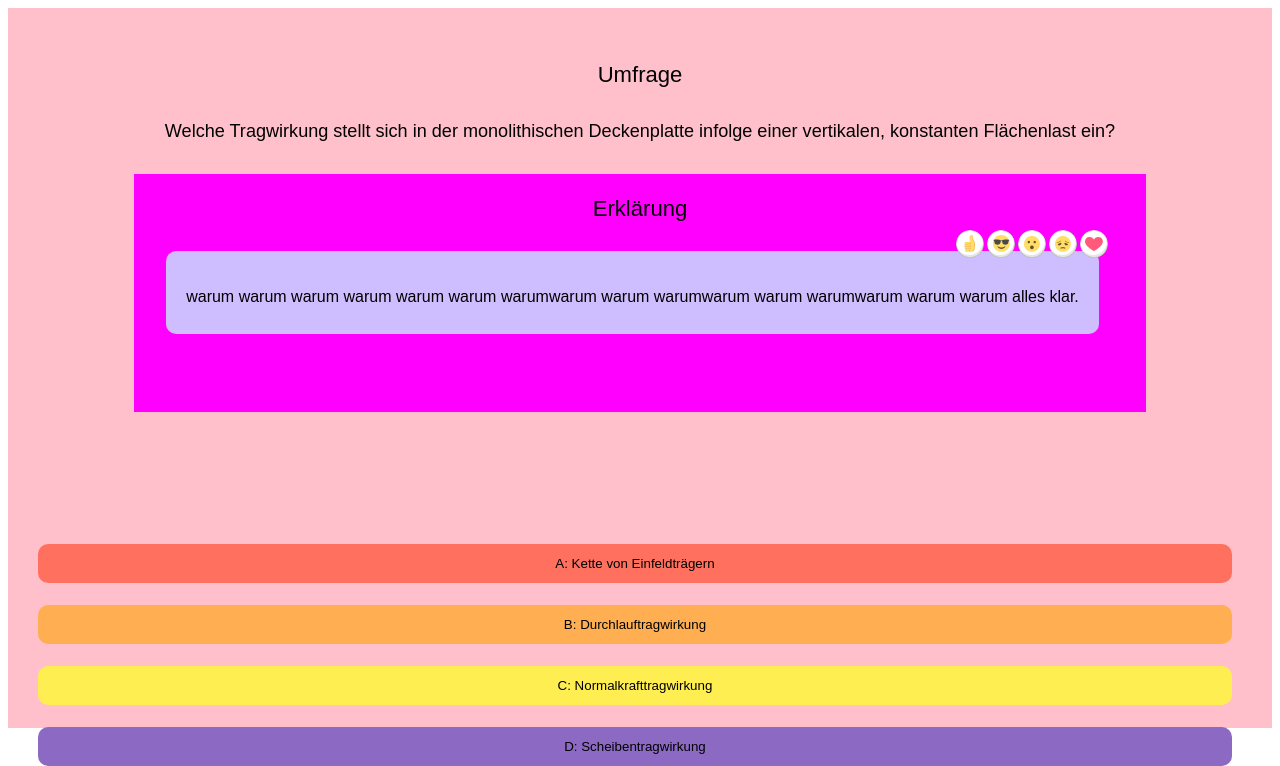
Repository: HyunraDate/Quinlan
Page: /Erklaerung
The author's editor kept a copy of each file at every save. The page is drawn from the files as they stood at one save, then again after the next save.
The browser window is 1280 px wide. The pictures show the whole page.
The project was rebuilt for these pictures with package versions that can differ from the ones it lists, and the page was loaded fresh each time. Also part of the build but not shown: vite.config.js, src/views/Ergebnis1.vue, src/views/Ergebnis2.vue.

Above is the page before, as saved 2023-07-25 15:08:20.

### index.html
<!DOCTYPE html>
<html lang="en">
  <head>
    <meta charset="UTF-8" />
    <link rel="icon" type="image/svg+xml" href="/vite.svg" />
    <meta name="viewport" content="width=device-width, initial-scale=1.0" />
    <title>Vite + Vue</title>
  </head>
  <body>
    <div id="app"></div>
    <script type="module" src="/src/main.js"></script>
    <script
    src="https://cdnjs.cloudflare.com/ajax/libs/echarts/5.4.1/echarts.min.js"
    integrity="sha512-OTbGFYPLe3jhy4bUwbB8nls0TFgz10kn0TLkmyA+l3FyivDs31zsXCjOis7YGDtE2Jsy0+fzW+3/OVoPVujPmQ=="
    crossorigin="anonymous"
    referrerpolicy="no-referrer">
    </script>

  </body>
</html>

### src/main.js
import { createApp } from 'vue'
// import './style.css'
import './utils/rem'
import App from './views/FragePage.vue'
import router from './router'
import * as echarts from 'echarts/core'

const app=createApp(App)//用const = 去挂载
app.use(router) //要先use哦
app.provide("ec", echarts);

// app.config.globalProperties.$axios = axios.create({
//     baseURL: 'http://localhost:8000', // 设置axios的基本URL
//     headers: {
//     // 设置axios请求的头部信息
//     }
// });

//createApp(app).mount('#app')
app.mount('#app')

### src/utils/rem.js
//rem等比适配配置文件
// 基准大小
const baseSize = 16
// 设置 rem 函数
function setRem () {
        // 当前页面宽度相对于 1920宽的缩放比例，可根据自己需要修改。
    const scale = document.documentElement.clientWidth / 1920
    // 设置页面根节点字体大小（“Math.min(scale, 2)” 指最高放大比例为2，可根据实际业务需求调整）
    document.documentElement.style.fontSize = baseSize * Math.min(scale, 2) + 'px'
    // 初始化
    setRem()
    // 改变窗口大小时重新设置
    rem.window.onresize = function () { setRem() }
}

### src/views/FragePage.vue
<!-- <template>
    <div>
    <div class="flex-col page">
        <div class="flex-col items-center">
          span class="font_1">Umfrage</span>
      <br/>

      <body onload="run()">
        wird in <span id="spanId" style="color:#FE9637">60</span>Sekunden springen!
      </body>
    </div>
</template> -->
<script>
// import { useStore } from '@store/index'
// //先引入useRouter
// import { useRouter } from 'vue-router'

// export default {
//   const store = useStore()
//   const router = useRouter()
//   //通过定义一个方法，使用Router进行跳转
//   const test =()=>
//   router.push()
// }

// import { useRouter , useRoute } from 'vue-router'

// setup(){
//     const $router=useRouter()
//     const $route=useRoute()

//     // 对象 $router.push()可以向history对象添加新记录
//     $router.push({ path: 'Ergebnis1' })
// }


// return {
//   store,
//   //这里暴露test方法
//   test
// }
// 页面一加载完成，该方法就会执行
// 读秒，一秒钟数字改变一次

// export default { 唔可以系setup度用
//   methods: {
//     scrollTo(target) {
//       const element = this.$refs[target];
//       element.scrollIntoView({ behavior: 'smooth' });
//     }
//   }
// }

var x = 60;
var select = "Step3.html";

function run(){
  // 获取到的是span标签的对象
  var span = document.getElementById("spanId");
  // 获取span标签中间的文本
  span.innerHTML = x;
  x--;
  // 再让run方法执行呢，一秒钟执行一次
  if(x < 0)window.location = select;
  else window.setTimeout("run()", 1000);

};

function test(click){
  select = click;
}

export default {
  data() {
    return {
      isDisabled: false,
      showButton: true,
    };
  },
  //Falls du die Btns nicht zeigen möchtest
  // beforeRouteEnter(to, from, next) {
  //   next(vm => {
  //     vm.showButton = false
  //   })
  // },
  // mounted() {
  //   // 在页面加载时显示按钮
  //   this.showButton = true;
  // },
  // beforeDestroy() {
  //   // 在页面销毁之前隐藏按钮
  //   this.showButton = false;
  // },

  methods:{
    option1:function(){
      console.log(this.$router);
      // this.$router.plus('/') 这里跳转不了欸
      //this.$router.push({path:"/"}) //传入对象 但也跳转不了欸 push!唔系plus啊死蠢！
      //this.showButton = false;

      //带参数
      this.$router.push({path:'/Ergebnis1'}) //成功跳转了！！okok!!
      //this.$router.push({name:"almond",params:{id:Chocolat}}) //传参 这里传不到欸 // 试一下传right
      },

      option2:function(){
        console.log(this.$router);
        //this.showButton = false; //hier zeigt die Button nicht mehr, wie du möchtest

        //带参数
        this.$router.push({path:'/Ergebnis2'}) //成功跳转了！！okok!!
        //如果要动态传参

        //this.$router.push({name:"Ergebnis2",params:{id:A}}) //传参 这里传不到欸 // 试一下传worong
      },

      onClick() {
        // 在点击事件监听器中禁用按钮
        this.isDisabled = true;
        // 在每个按钮上使用 v-bind:disabled 指令，将其值绑定为 isDisabled，
        //当 isDisabled 为 true 时，按钮将被禁用。
        console.log("Button clicked")
      },
  },


}
</script>

<template>
<body >
<div>
  <!-- <div class="flex-col page"> </div>  太占位啦！-->
    <div class="flex flex-col items-center">
    <br/><br/><br/>
    <span class="font_1">Umfrage</span>
    <!--style="{
      margin: 0;
      font-size: 1.38rem;
      font-family: Inter;
      line-height: 1.63rem;
      color: #000000;
      font-family: 'Work Sans', sans-serif;
      text-align: center;
      }"-->
    <!-- <br/><br/> -->
    <span class="text">
    Welche Tragwirkung stellt sich in der monolithischen Deckenplatte infolge einer vertikalen, konstanten
    Flächenlast ein?
    </span>
  <router-view/>

<!-- onload="run()" 这里加载不了 这个onload function欸-->
<!-- wird in <span id="spanId" style="color:#FE9637">60</span>Sekunden springen! -->
</div>



<!-- 要页面跳转了
1、 router-link: <router-link to='/testDemo'>
                <button>点击跳转2</button>
                </router-link>

2、 this.$router.push('/a')
3、 get params ->  console.log(this.$route.params.a); -->
<div class="flex-col group space-y-22">

  <!-- <router-link to="Ergebnis2"><button class="flex-col justify-start items-center text-wrapper " type="submit">A: Kette von Einfeldträgern</button></router-link> -->
  <!-- <button class="flex-col justify-start items-center text-wrapper " type="submit" a href="Step3.html">A: Kette von Einfeldträgern</button> -->


  <!-- <router-link to="Ergebnis1"><button class="flex-col justify-start items-center text-wrapper_2 " type="submit">B: Durchlauftragwirkung</button></router-link> -->

  <!-- <router-link to="Ergebnis2"><button class="flex-col justify-start items-center text-wrapper_3" type="button">C: Normalkrafttragwirkung</button>
  </router-link> -->
<button v-on:click="onClick" :disabled="isDisabled" v-if="showButton" id ="A" class="flex-col justify-start items-center text-wrapper " type="submit" @click="option2">A: Kette von Einfeldträgern</button>

<button v-on:click="onClick" :disabled="isDisabled" v-if="showButton" id ="B" class="flex-col justify-start items-center text-wrapper_2" type="button" @click="option1">B: Durchlauftragwirkung</button>

<button v-on:click="onClick" :disabled="isDisabled" v-if="showButton" id ="C" class="flex-col justify-start items-center text-wrapper_3" type="button" @click="option2">C: Normalkrafttragwirkung</button>

<button v-on:click="onClick" :disabled="isDisabled" v-if="showButton" id ="D" class="flex-col justify-start items-center text-wrapper_4" type="button" @click="option2">D: Scheibentragwirkung</button>
</div>
</div>

</body>
</template>

<style scoped>
@import url("../css/halloween.css"); /*src = . */
/* .font_1{ /* didnt work
  position: center;
  } */

/*
使用深度选择器来写使样式生效。
有两种写法：

.a >>> .b {}
.a /deep/ .b
当你子组件使用了 scoped 但在父组件又想修改子组件的样式可以 通过 >>> 来实现：

<style scoped>
.a >>> .b { /* ...


将会编译成
.a[data-v-f3f3eg9] .b {
  /* ... */

</style>

### src/router/index.js
import {
    createRouter,
    createWebHashHistory,
    createWebHistory
  } from 'vue-router'

  // 1. 定义路由组件.
  // 也可以从其他文件导入

  // import Home from '../views/Home.vue'
  // import App from './App.vue' 原App好像不需要引入？
  import FragePage from '../views/FragePage.vue'
  import Ergebnis1 from '../views/Ergebnis1.vue' //1=true
  import Ergebnis2 from '../views/Ergebnis2.vue' //2=falsh
  import Erklaerung  from '../views/Erklaerung.vue'

  //import Step3 from '../views/Step3.html'


  //路由懒加载，用到时再加载（咪时好大，load又耐）
  // const About=()=>import('../views/About.vue') //然后Home放在下面path component后面就行啦
  //我加载不到惹

  // 2. 定义一些路由
  // 每个路由都需要映射到一个组件。
  // 我们后面再讨论嵌套路由。(hier写路由表)
  const routes = [

    /*{
      path:"/.id",
      redirect:(to)=>{
        console.log(to);
        return{path:"/.home"}
      } //都跳转不了欸 No match found for location with path "/home"
    },
    */

    /*{
      path: '/about',
      redirect: (to)=> {
        return {
          path: '/'
        }
      }
    },*/

    // { //这个Home的Hey已经能加载出来了欸
    //   path: '/',
    //   name:"home",
    //   component: Home
    // },

    {
        path: '/FragePage',
        component: FragePage
    },



  //   { path: '/about',
  //   component: About },

  //   { path: '/OptionA/:id', //路径参数 用冒号 : 表示。当一个路由被匹配时，它的 params 的值将在每个组件中以 this.$route.params 的形式暴露出来。
  //   component: OptionA },

    {
      path: "/Ergebnis1", //Ergebnis也成功挂载到了！
      component: Ergebnis1
    },
    {
      path: "/Ergebnis2", //Ergebnis也成功挂载到了！
      component: Ergebnis2
    },


    //Set动态路由 因为选项ABCD

    //     path: "/Sweet/:id*", //this is 动态参数啦 d.h 动态路由啦， i dont care what id u r ~
    //     //参数可有可无，但参数不能重复叠加
    //     //path:"/sweet/id?",
    //     component: Sweet
    //   },
    // {
    //   path: "/Step3", //这里要双引号哦
    //   component: Step3
    // },

    {
      path: "/Erklaerung", //这里要双引号哦
      component: Erklaerung
    },

    //   {
    //     path: "/Piggie",
    //     alias: ['/Airi','/Kazeo'], //你嘅nickname, two or more就用数组, 直接系导航栏输入path就得啦
    //     component: Piggie //为什么Piggie的子页面跳转不出来？而是home ->重新打Piggie的内容刷新就得啦！
    //   },

    //   {
    //     name: "almond", //路由名就叫sweet
    //     path: "/Sweet/:id*", //this is 动态参数啦 d.h 动态路由啦， i dont care what id u r ~
    //     //参数可有可无，但参数不能重复叠加
    //     //path:"/sweet/id?",
    //     component: Sweet
    //   },

    //   {
    //     //动态路由 参数一定是数字
    //     path: "/alcohol/:id",
    //     component: Alcohol,
    //     props:true
    //   },
  ]

  // 3. 创建路由实例并传递 `routes` 配置
  // 你可以在这里输入更多的配置，但我们在这里
  // 暂时保持简单
  const router = createRouter({
    // 4. 内部提供了 history 模式的实现。为了简单起见，我们在这里使用 hash 模式。 (Hash有#)
    //**hash不会向服务器发送请求！ */
    //history: createWebHashHistory(),

    //为了漂亮就用History模式，这样路径里就没有#号啦
    history: createWebHistory(),
    routes, // `routes: routes` 的缩写
  })

  //This is 全局守卫 （全球守卫）
  router.beforeEach((to, form, next) => {
    console.log(to);
    console.log(form);
    next()//like通行证
  })


  export default router

### src/css/halloween.css
/* 语法 @media mediaType and|not|only (media feature) {
  /*CSS-Code;*/
  /* 3、css中的vh和vm
  vh和vm是相对视口区域的宽高，即浏览器可视区域

  vw：1vw等于视口宽度的1%。
  vh：1vh等于视口高度的1%。

  使用场景：页面头部和尾部固定，中间内容若高度超出，则出现滚动条，但是整个页面不出现滚动条，
  在此情况下就要计算中间内容的高度，可以使用vh解决 */

  /* :root { why didnt work??
  font-family: 'Work Sans', sans-serif;
  line-height: 1.5;
  font-weight: 400;

  color-scheme: light dark;
  color: rgba(255, 255, 255, 0.87);
  background-color: #242424;

  font-synthesis: none;
  text-rendering: optimizeLegibility;
  -webkit-font-smoothing: antialiased;
  -moz-osx-font-smoothing: grayscale;
  -webkit-text-size-adjust: 100%;
  } */

  /* // 最大宽度为1280 （width-max: 1280）*/
@media (width: 100vw) {
  html {
    font-size: 1.88rem;
    font-weight: 500;
    font-family: 'Work Sans', sans-serif;
  }

  body {
    background: pink;
    height:100vh;
    margin: 0;
    -webkit-font-smoothing: antialiased;
    -moz-osx-font-smoothing: grayscale;

  }

  body * {
    box-sizing: border-box;
    flex-shrink: 0;
  }

  button {
    border-width: 0px;
    border-radius: 0.63rem;
  }
  button:hover{
    border:2px solid #FE9637;
    box-shadow:rgba(251, 161, 72, 0.66) 0 0 5px;
    transition:all .2s;
  }
  .flex-row {
    display: flex;
    flex-direction: row;
  }

  .flex-col {
    display: flex;
    flex-direction: column;
  }

  .justify-start {
    justify-content: flex-start;
  }

  .justify-end {
    justify-content: flex-end;
  }

  .justify-center {
    justify-content: center;
  }

  .justify-between {
    justify-content: space-between;
  }

  .justify-around {
    justify-content: space-around;
  }

  .justify-evenly {
    justify-content: space-evenly;
  }

  .items-start {
    align-items: flex-start;
  }

  .items-end {
    align-items: flex-end;
  }

  .items-center {
    align-items: center;
  }

  .items-baseline {
    align-items: baseline;
  }

  .items-stretch {
    align-items: stretch;
  }

  .self-start {
    align-self: flex-start;
  }

  .self-end {
    align-self: flex-end;
  }

  .self-center {
    align-self: center;
  }

  .self-baseline {
    align-self: baseline;
  }

  .self-stretch {
    align-self: stretch;
  }

  .flex-1 {
    flex: 1 1 0%;
  }

  .flex-auto {
    flex: 1 1 auto;
  }

  .grow {
    flex-grow: 1;
  }

  .grow-0 {
    flex-grow: 0;
  }

  .shrink {
    flex-shrink: 1;
  }

  .shrink-0 {
    flex-shrink: 0;
  }

  .relative {
    position: relative;
  }

  .font_1 {
    font-size: 1.38rem;
    font-family: Inter;
    line-height: 1.63rem;
    color: #000000;
    font-family: 'Work Sans', sans-serif;
    text-align: center;
  }

  .text {
    margin: 2rem;
    color: #000000;
    font-size: 1.13rem;
    font-family: Inter;
    line-height: 1.38rem;
    text-align: center;
    font-family: 'Work Sans', sans-serif;
  }
  /* .group {
    margin-top: 2rem;
    padding: 0 1.88rem;
  } */
  /* .space-y-22 > *:not(:first-child) {
    margin-top: 1.38rem;
  } */
  .text-wrapper {
    margin-right: 0.63rem;
    padding: 0.75rem 0;
    background-color: #FF715E;
  }
  .font_2 {
    font-size: 1rem;
    font-family: Inter;
    line-height: 0.97rem;
    color: #000000;
    font-family: 'Work Sans', sans-serif;
  }
  .text-wrapper_2 {
    margin-right: 0.63rem;
    padding: 0.75rem 0;
    background-color: #ffaf51;
    outline: none;
  }
  .text-wrapper_3 {
    margin-right: 0.63rem;
    padding: 0.75rem 0;
    background-color: #FFEE51;
  }
  .text-wrapper_4 {
    margin-right: 0.63rem;
    padding: 0.75rem 0;
    background-color: #8C6AC4;
  }
}

.group {
  margin-top: 8.25rem;
  padding: 0 1.88rem;
}
.space-y-22 > *:not(:first-child) {
  margin-top: 1.38rem;
}
.text-wrapper {
  margin-right: 0.63rem;
  padding: 0.75rem 0;
  background-color: #FF715E;
}
.font_2 {
  font-size: 1rem;
  font-family: Inter;
  line-height: 0.97rem;
  color: #000000;
  font-family: 'Work Sans', sans-serif;
}
.text-wrapper_2 {
  margin-right: 0.63rem;
  padding: 0.75rem 0;
  background-color: #ffaf51;
  outline: none;
}
.text-wrapper_3 {
  margin-right: 0.63rem;
  padding: 0.75rem 0;
  background-color: #FFEE51;
}
.text-wrapper_4 {
  margin-right: 0.63rem;
  padding: 0.75rem 0;
  background-color: #8C6AC4;
}

### src/views/Erklaerung.vue
<template>
    <html lang="en">
  <!-- <head>
    <meta charset="UTF-8" />
    <meta http-equiv="X-UA-Compatible" content="IE=edge" />
    <meta name="viewport" content="width=device-width, initial-scale=1.0" />
    <title>codefun</title>
    <link rel="stylesheet" href="./Step4.css" />
    <script type="text/javascript" src="./Step4.js"></script>
  </head> -->
  <body>
    <div class="flex-col page space-y-10">
      <span class="self-center text">Erklärung</span>
      <div class="flex-col justify-start relative group">
        <div class="flex-col justify-start items-start text-wrapper">
          <span class="text_2">
            warum warum warum warum warum warum warumwarum warum warumwarum warum warumwarum warum warum alles klar.
          </span>
        </div>
        <img
          class="image pos_3"
          src="../images/surprise.png"
        />
        <img
          class="image pos_2"
          src="../images/cool.png"
        />
        <img
          class="image pos"
          src="../images/like.png"
        />
        <img
          class="image pos_5"
          src="../images/heart.png"
        />
        <img
          class="image pos_4"
          src="../images/sad.png"
        />
      </div>
      <!--<img
        class="self-end image_2"
        src="https://codefun-proj-user-res-1256085488.cos.ap-guangzhou.myqcloud.com/63986c125a7e3f0310fdabbc/63986c59717ee30011312a06/16709407860648366536.png"
      /> -->
    </div>
  </body>
</html>
</template>

<style scoped>
@import url("../css/Step4.css");
</style>

### src/css/Step4.css
html {
    font-size: 16px;
  }

  body {
    margin: 0;
    font-family: 'Work Sans', sans-serif;
    -webkit-font-smoothing: antialiased;
    -moz-osx-font-smoothing: grayscale;
    width: 100vw;
    height: 100vh;
  }

  body * {
    box-sizing: border-box;
    flex-shrink: 0;
  }

  /* .flex-row {
    display: flex;
    flex-direction: row;
  } */

  .flex-col {
    display: flex;
    flex-direction: column;
  }

  .justify-start {
    justify-content: flex-start;
  }

  .justify-end {
    justify-content: flex-end;
  }

  .justify-center {
    justify-content: center;
  }

  .justify-between {
    justify-content: space-between;
  }

  .justify-around {
    justify-content: space-around;
  }

  .justify-evenly {
    justify-content: space-evenly;
  }

  .items-start {
    align-items: flex-start;
  }

  .items-end {
    align-items: flex-end;
  }

  .items-center {
    align-items: center;
  }

  .items-baseline {
    align-items: baseline;
  }

  .items-stretch {
    align-items: stretch;
  }

  .self-start {
    align-self: flex-start;
  }

  .self-end {
    align-self: flex-end;
  }

  .self-center {
    align-self: center;
  }

  .self-baseline {
    align-self: baseline;
  }

  .self-stretch {
    align-self: stretch;
  }

  .flex-1 {
    flex: 1 1 0%;
  }

  .flex-auto {
    flex: 1 1 auto;
  }

  .grow {
    flex-grow: 1;
  }

  .grow-0 {
    flex-grow: 0;
  }

  .shrink {
    flex-shrink: 1;
  }

  .shrink-0 {
    flex-shrink: 0;
  }

  .relative {
    position: relative;
  }

  .page {
    padding-top: 1.5rem ;
    padding-bottom: 1.5rem ;
    padding-left: 2rem;
    padding-right: 2rem;
    background-color: #ff00ff;
  }
  .space-y-10 > *:not(:first-child) {
    margin-top: 0.63rem;
  }
  .text {
    color: #000000;
    font-size: 1.38rem;
    font-family: Inter;
    line-height: 1.34rem;
    font-family: 'Work Sans', sans-serif;
  }
  .group {
    padding-top: 1.31rem;
    height: 9.88rem;
  }
  .text-wrapper {
    margin-right: 0.94rem;
    padding: 2.25rem 0 1.75rem;
    background-color: #cfbeff;
    border-radius: 0.63rem;
  }
  .text_2 {
    margin: 0 1.25rem;
    color: #000000;
    font-size: 1rem;
    font-family: Inter;
    line-height: 1.19rem;
    font-family: 'Work Sans', sans-serif;
  }
  .image {
    width: 1.75rem;
    height: 1.75rem;
  }
  .pos_3 {
    position: absolute;
    right: 4.25rem;
    top: 0;
    border-radius: 50%;
    border:none;
    }

  .pos_3:hover{
    border:2px solid #FE9637;
    box-shadow:rgba(251, 161, 72, 0.66) 0 0 5px;
    transition:all .2s;
    }

  .pos_2 {
    position: absolute;
    right: 6.19rem;
    top: 0;
    border-radius: 50%;
    border:none;
    }

  .pos_2:hover{
    border:2px solid #FE9637;
    box-shadow:rgba(251, 161, 72, 0.66) 0 0 5px;
    transition:all .2s;
    }

  .pos {
    position: absolute;
    right: 8.13rem;
    top: 0;
    border-radius: 50%;
    border:none;
    }

  .pos:hover{
    border:2px solid #FE9637;
    box-shadow:rgba(251, 161, 72, 0.66) 0 0 5px;
    transition:all .2s;
    }

  .pos_5 {
    position: absolute;
    right: 0.38rem;
    top: 0;
    border-radius: 50%;
    border:none;
    }

  .pos_5:hover{
    border:2px solid #FE9637;
    box-shadow:rgba(251, 161, 72, 0.66) 0 0 5px;
    transition:all .2s;
    }

  .pos_4 {
    position: absolute;
    right: 2.31rem;
    top: 0;
    border-radius: 50%;
    border:none;
    }

  .pos_4:hover{
    border:2px solid #FE9637;
    box-shadow:rgba(251, 161, 72, 0.66) 0 0 5px;
    transition:all .2s;
    }

  .image_2 {
    width: 6.31rem;
    height: 2.19rem;
    margin-top: 0.63rem;
  }

After the next save:
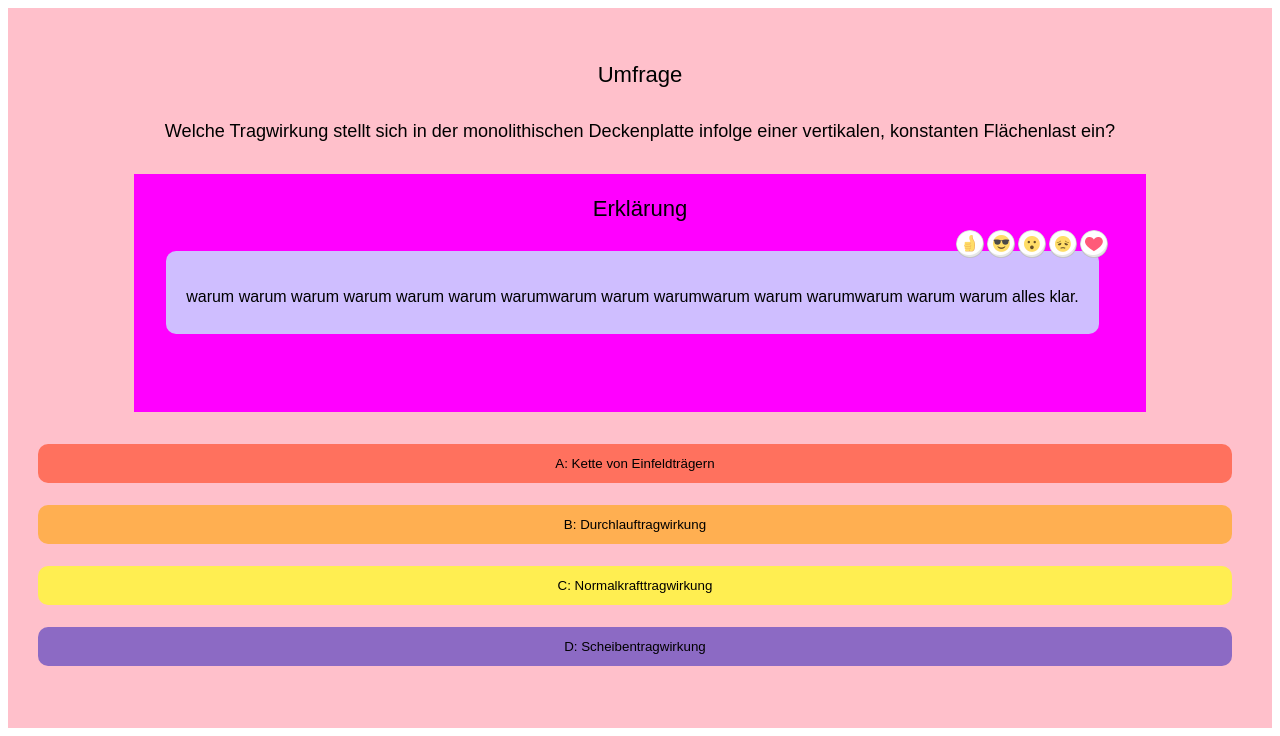
Saved 39 s later.
--- a/src/css/halloween.css
+++ b/src/css/halloween.css
@@ -212,9 +212,8 @@
     background-color: #8C6AC4;
   }
 }
-
 .group {
-  margin-top: 8.25rem;
+  margin-top: 2rem;
   padding: 0 1.88rem;
 }
 .space-y-22 > *:not(:first-child) {
